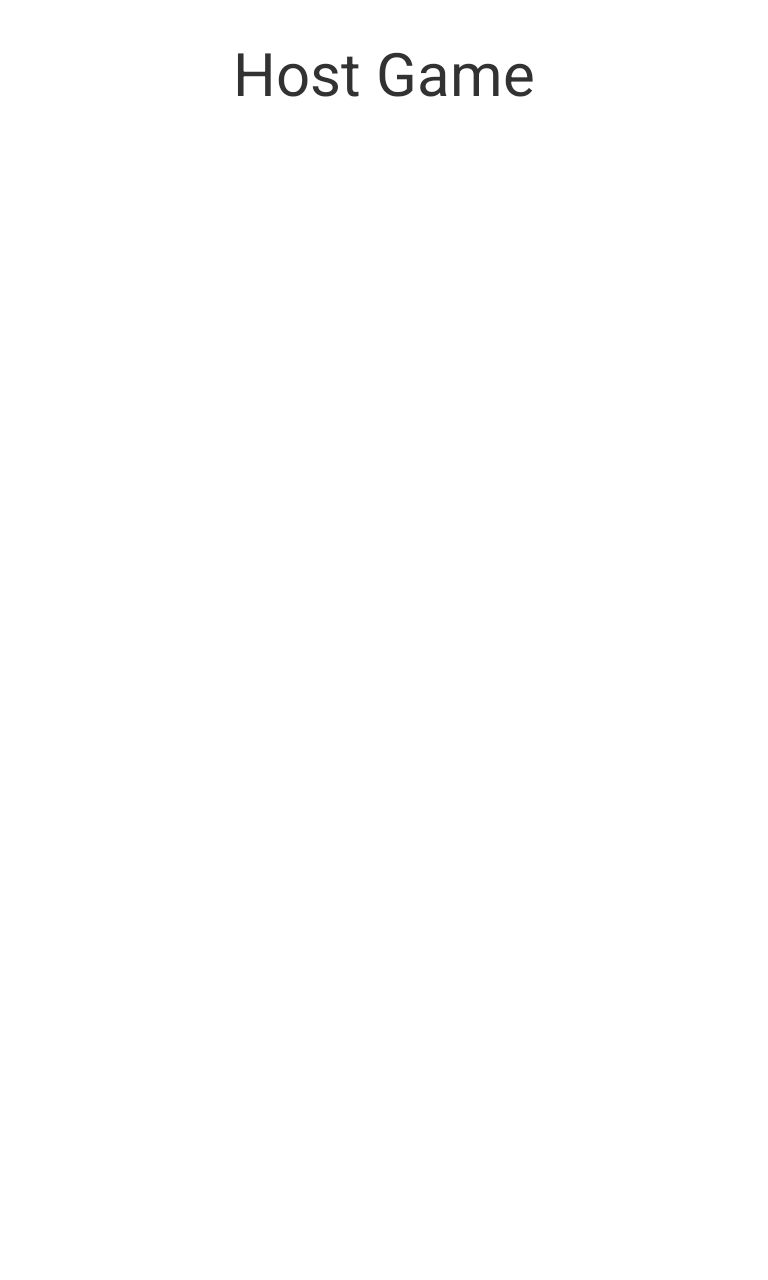
Repository: mfischetti/LaserAppRepository
Layout: workspace/Laser/res/layout/activity_host.xml
These files come from the project's save history. The layout is drawn as it stood at one moment and after the next save; the edit follows.
It is drawn on a 768 x 1280 px phone screen (xhdpi) without system bars, with theme AppTheme; the app's code is not run.

Above is the layout before, as saved 2013-10-01 15:06:17.

After the next save:
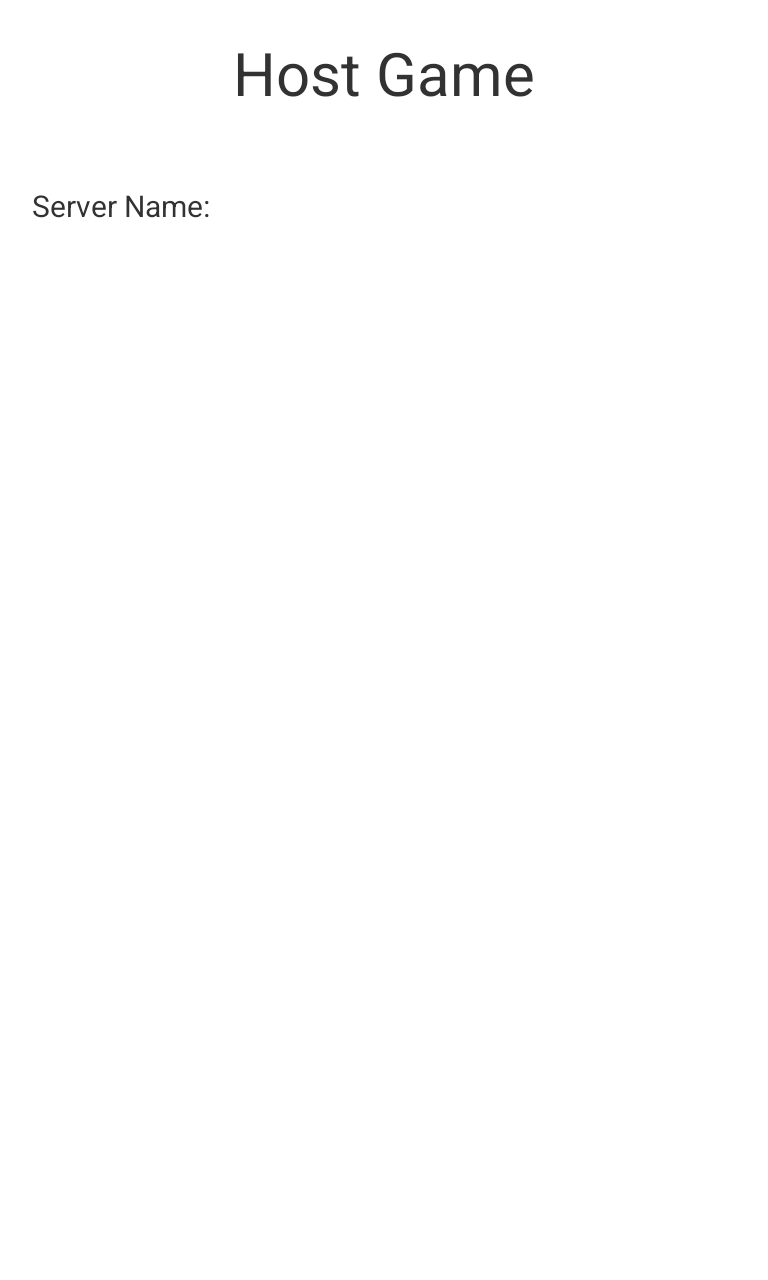
Saved 5 min 46 s later.
--- a/workspace/Laser/res/layout/activity_host.xml
+++ b/workspace/Laser/res/layout/activity_host.xml
@@ -17,4 +17,21 @@
         android:text="Host Game"
         android:textSize="30sp" />
 
+    <TextView
+        android:id="@+id/name"
+        android:layout_width="wrap_content"
+        android:layout_height="wrap_content"
+        android:layout_below="@+id/title"
+        android:layout_marginTop="36dp"
+        android:text="Server Name:"
+        android:textSize="15sp" />
+
+    <TextView
+        android:id="@+id/textView1"
+        android:layout_width="wrap_content"
+        android:layout_height="wrap_content"
+        android:layout_alignRight="@+id/title"
+        android:layout_alignTop="@+id/name"
+        android:textAppearance="?android:attr/textAppearanceMedium" />
+
 </RelativeLayout>
